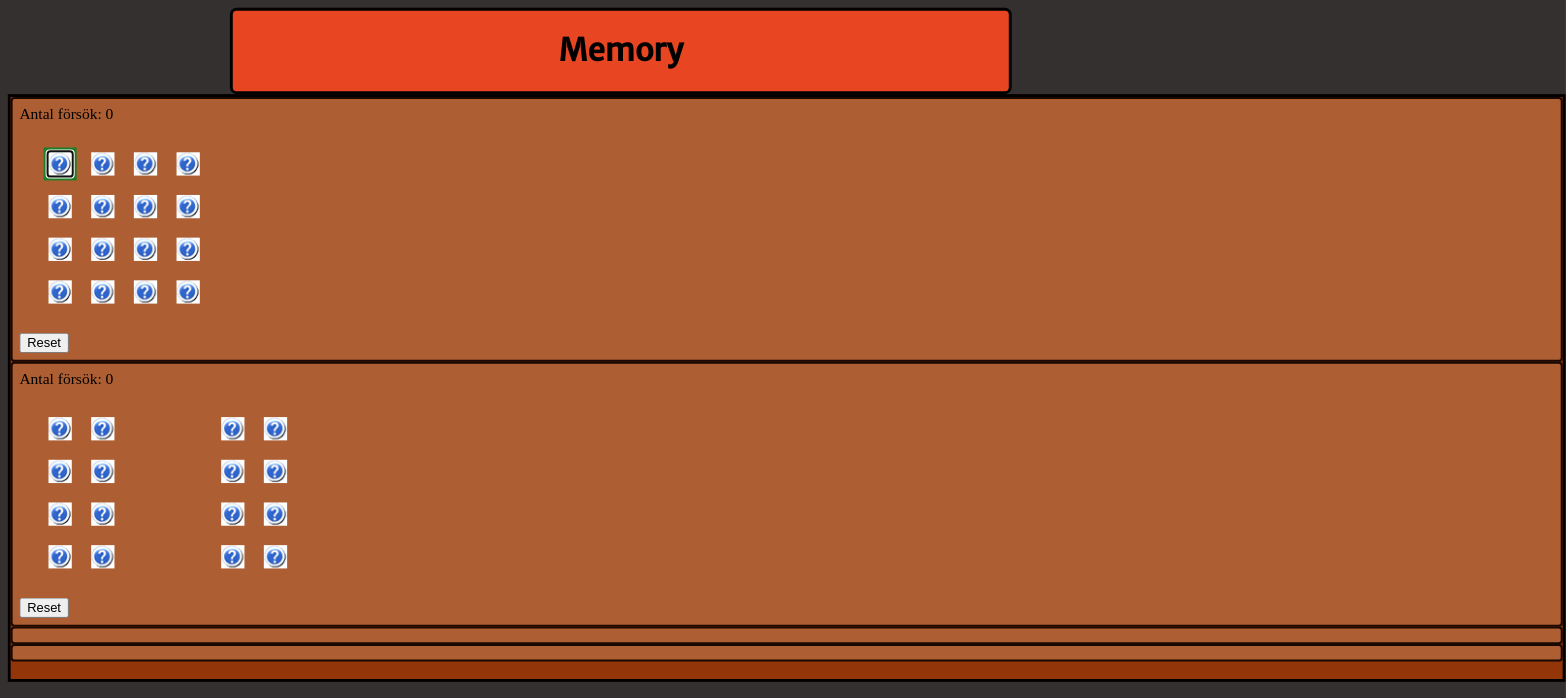
Repository: mi222eh/1dv403-laborationer
Page: 3-gameon/memory/index.html
The author's editor kept a record of every edit. The page is drawn from the files as they stood at one moment, then again after the next edit.
The browser window is 1280 px wide. The page is 1614 px wide, so the pictures cover 1614 px, including what lies to the right of the window. The pictures show the whole page, at 97% of full size.

Above is the page before.

### 3-gameon/memory/index.html
<!DOCTYPE html>
<html lang="sv">
    <head>
        <meta charset="utf-8" />
        <title>Memory</title>
        <link rel="stylesheet" href="css/basic.css" type="text/css" />
    </head>
    <body>
        <div id="head">
            <header>
                <h1>
                    Memory
                </h1>
            </header>
        </div>
        <div id="gamingBoard">

            <div id="game1" class="gaming"></div>
            <div id="game2" class="gaming"></div>
            <div id="game3" class="gaming"></div>
            <div id="game4" class="gaming"></div>
        </div>

        <script type="text/javascript" src="script/memory.js"></script>
        <script type="text/javascript" src="script/random.js"></script>
        <script type="text/javascript" src="script/script.js"></script>
        <script type="text/javascript" src="script/games.js"></script>
    </body>
</html>

### 3-gameon/memory/css/basic.css
@import url(https://fonts.googleapis.com/css?family=Merriweather+Sans);

body {
    background-color:#33302F;
}

#head {
    margin:0 auto;
    width:800px;
    background-color:#E84623;
    text-align:center;
    border:solid #000000 3px;
    border-radius:7px;
    font-family:"Merriweather Sans";
}


#gamingBoard{
    width:1600px;
    min-height:600px;
    background-color:#923508;
    margin:0 auto;
    border:solid 3px;
}

#gamingBoard > div{
    display:block;
    border: solid #190701 2px;
    border-radius:4px;
    padding:7px;
    background-color:#AD5E32;
}

.bricks{
    padding:20px;
}

.row{
    display:block;
}

.row > div{
    display:inline-block;
    padding:10px;

}

.row div > a{
    display:block;
    background-color:#FFFFFF;
    font-size:22px;
    width:24px;
    height:24px;
    text-decoration:none;
    color:#000000;
}
.row div a img {
    text-align:center;
}
.row div a:focus{
    box-shadow:0px 0px 0px 5px #207D27;
}

div.rightPadding{
    padding-top:10px;
    padding-bottom:10px;
    padding-left:10px;
    padding-right:100px;
}

.gaming ._tries {
    display:inline-block;
}

._win {
    color:#1E4A0B;
    font-size:24px;
}

### 3-gameon/memory/script/memory.js
"use strict"

function MemoryGame(row, col, gameID, gameLayoutID){

    //Variabler som kommer att användas
    var focusX = 0;                                             //Fixerar fokuset (X)
    var focusY = 0;                                             //Fixerar fokuset (Y)
    var THIS = this;
    var memory_Values = [];                                     //ska lagra 2 värden (brickorna)
    var numberOfSuccess = 0;                                    //lager för antalet succéer (kommer att avgöra när segerTexten kommer)
    var numberOfTries = 0;

    //<-----           Metoder till variablerna            ------>//
    this.setfocusX = function(i){focusX = i};
    this.setfocusY = function(i){focusY = i};

    this.addnumberOfTries = function(i){numberOfTries += i;};
    this.getnumberOfTries = function(){return numberOfTries};

    this.addnmberOfSuccess = function(i){numberOfSuccess += i};
    this.getnumberOfSuccess = function(){return numberOfSuccess};

    this.getgameLayoutID = function(){return gameLayoutID};
    this.getgameID = function(){return gameID};

    this.getRow = function(){return row};
    this.getCol = function(){return col};

    this.getPosition = function(i){return Position[i]};
    this.setPosition = function(ref){Position.push(ref)};
    this.getPositionArray = function(){return Position};

    this.setmemoryValue = function(ref){memory_Values.push(ref)};
    this.getmemoryValue = function(i){return memory_Values[i]};
    this.getWholememoryValue = function(){return memory_Values};
    this.clearmemoryValue = function(){memory_Values = []};

    this.resetValues = function(){
        if (_this.listenToClick) {
        numberOfSuccess = 0;
        numberOfTries = 0;
        memory_Values = [];
        Position = RandomGenerator.getPictureArray(this.getRow(), this.getCol());
        }
    };

    //<-------          Metoder för fokuset             ----->//
    this.handleDown = function(){
        if ((focusY + 1) < (row)) {
            focusY += 1;
        }
        this.focus();
    };
    this.handleUp = function(){
      if ((focusY - 1) >= 0) {
          focusY += -1;
      }
      this.focus();
    };
    this.handleLeft = function(){
        if ((focusX - 1) >= 0) {
            focusX += -1;
        }
        this.focus();
    };
    this.handleRight = function(){
        if ((focusX+1) < (col)) {
            focusX += 1;
        }
        this.focus();
    };
    this.focus = function(){
        var targetFocus = document.getElementById(gameID).getElementsByClassName('bricks')[0];
        var rowNumber = targetFocus.childNodes[focusY];
        var columnNumber = rowNumber.childNodes[focusX];
        columnNumber.childNodes[0].focus();
    };


    //                  Array för slumpade siffror
    var Position = RandomGenerator.getPictureArray(this.getRow(), this.getCol());

    //              Område för spelplanen@
    this.area = document.getElementById(gameID);

    this.listenToClick = true;


}
    ////<-------          (Test) Metod för att återställa spelplanen   ------>//
    MemoryGame.prototype.reset = function(_this){
        _this.area.innerHTML = "";
        _this.resetValues();
        _this.generateGame();

    };
    //<-------          Metod för att generera spelplanen   ------>//
    MemoryGame.prototype.generateGame = function(){
        var _this = this;

        //<--bara för test-->//
        var resetButton = document.createElement('button');
        var resetText = document.createTextNode("Reset");
        resetButton.appendChild(resetText);
        resetButton.setAttribute("type", "button");
        resetButton.addEventListener("click", function(){
            _this.reset(_this)
        });


        //<--slut på test-->//

        //Generar allt gemensamt här...
        var gameInfoDiv = document.createElement('div');
        var textNode = document.createTextNode('Antal försök: ');
        var divtext = document.createElement('div');
        var divWin = document.createElement('div');
        var divNumber = document.createElement('div');

        divNumber.classList.add('_tries');
        divWin.classList.add('_win');

        divtext.appendChild(textNode);
        divtext.appendChild(divNumber);
        gameInfoDiv.appendChild(divtext);
        gameInfoDiv.appendChild(divWin);
        this.area.appendChild(gameInfoDiv);

        //Beorende på ID, skapa layout
        if (this.getgameLayoutID() === 0) {

            this.area.appendChild(this.layout0());
        }
        else if (this.getgameLayoutID() === 1) {

            this.area.appendChild(this.layout1());
        }
        this.updateNumbers();
        this.area.appendChild(resetButton);
    };

    // <------- För ID 0-------->//
    MemoryGame.prototype.layout0 = function(){
        var i,m, img, coldiv, rowdiv, a;
        var _this = this;

        var picture = 0;

        var masterdiv = document.createElement('div');
        masterdiv.classList.add('bricks');

        for (i = 0; i < this.getRow(); i+=1) {

            rowdiv = document.createElement('row');
            rowdiv.classList.add('row');
            for (m = 0; m < Math.floor((this.getCol()/2)); m+=1) {

                coldiv = document.createElement('div');
                img = document.createElement('img');
                a = document.createElement('a');

                //konfigurationer
                img.setAttribute("alt", "?");
                img.setAttribute("height", "24px");
                img.setAttribute("width", "24px");
                img.setAttribute("src", "pics/0.png");
                img.classList.add("brick_" + picture);

                a.setAttribute("href", "#");
                a.addEventListener("click", function(event) {
                    _this.clickAction(event, _this);
                 });
                        a.addEventListener("keypress", function(event) {
                        _this.navigation(event, _this);
                 });

                //sätta dit
                a.appendChild(img);
                coldiv.appendChild(a);

                rowdiv.appendChild(coldiv);
                picture += 1;
                if (m === (Math.floor((this.getCol()/2)-1))) {
                    coldiv.classList.add('rightPadding');
                }

            }

            for (m = Math.floor((this.getCol()/2)); m < this.getCol() ; m+=1) {
                coldiv = document.createElement('div');
                img = document.createElement('img');
                a = document.createElement('a');

                //konfigurationer
                img.setAttribute("alt", "?");
                img.setAttribute("height", "24px");
                img.setAttribute("width", "24px");
                img.setAttribute("src", "pics/0.png");
                img.classList.add("brick_" + picture);

                a.setAttribute("href", "#");
                a.addEventListener("click", function(event) {
                    _this.clickAction(event, _this);
                 });
                        a.addEventListener("keypress", function(event) {
                        _this.navigation(event, _this);
                 });

                //sätta dit
                a.appendChild(img);
                coldiv.appendChild(a);

                rowdiv.appendChild(coldiv);
                picture += 1;
                if (m === Math.floor((this.getCol()/2))) {
                    coldiv.classList.add('leftPadding');
                }
            }
            masterdiv.appendChild(rowdiv);
        }
        _this.listenToClick = true;
        return masterdiv;
    };

    // <------- För ID 1-------->//
    MemoryGame.prototype.layout1 = function(){
        var _this = this;

        //Variabel för att hålla koll på antalet bilder...
        var picture = 0;

        //En div som håller alla brickor
        var masterdiv = document.createElement('div');
        masterdiv.classList.add('bricks');

        //<------- Generar rad och kolumn beroende av parametrarna ------>//
        for (var i = 0; i < this.getRow(); i+=1) {

            var rowdiv = document.createElement('div');
            rowdiv.classList.add('row');                    //klass skapas för stilmallen

            for (var m = 0; m < this.getCol(); m+=1) {

                //taggar
                var coldiv = document.createElement('div');
                var img = document.createElement('img');
                var a = document.createElement('a');

                //konfigurationer
                img.setAttribute("alt", "?");
                img.setAttribute("height", "24px");
                img.setAttribute("width", "24px");
                img.setAttribute("src", "pics/0.png");
                img.classList.add("brick_" + picture);

                a.setAttribute("href", "#");
                a.addEventListener("click", function (event) {
                    _this.clickAction(event, _this);
                });
                a.addEventListener("keypress",function (event) {
                    _this.navigation(event, _this);
                });


                //sätta dit
                a.appendChild(img);
                coldiv.appendChild(a);

                rowdiv.appendChild(coldiv);
                picture += 1;
            }
            masterdiv.appendChild(rowdiv);
        }

        return masterdiv;           //returnera mäster-diven
    };

    //<------- Metod för navigation ------->//
    MemoryGame.prototype.navigation = function(event, _this){
        var code = event.keyCode;

        switch (code) {
            case 38:
                _this.handleUp();
                event.preventDefault();
                break;

            case 37:
                _this.handleLeft();
                event.preventDefault();
                break;

            case 39:
                _this.handleRight();
                event.preventDefault();
                break;

            case 40:
                _this.handleDown();
                event.preventDefault();
                break;

            default:
        }
    }

    //<--------------   Metod för klickhändelser (då en bricka ska vändas) -------->//
    MemoryGame.prototype.clickAction = function(event, _this){

            if (_this.listenToClick) {

                    event.preventDefault();

                    var a = event.currentTarget;

                    var aClone = a.cloneNode(true);

                    //Ersätt a med klonad a (för att ta bort listeners)
                    a.parentNode.replaceChild(aClone, a);

                    var image = aClone.childNodes[0];
                    var index = image.getAttribute('class').slice(6);




                    //Nya attribut på bilden sätts
                    image.setAttribute("alt", _this.getPosition(index));
                    image.setAttribute("src", "pics/" + _this.getPosition(index) + ".png");



                    //Hoppsan, "keypress" gick också bort
                    aClone.addEventListener("keypress", function (event) {
                        _this.navigation(event, _this);
                    });


                    _this.checkValues(aClone.childNodes[0]);
                    _this.setXAndYFocus(aClone);
            }






    };

    //<------------------- Kontroll av värden (och lagrande) ---------->//
    MemoryGame.prototype.checkValues = function(targetValue){

        var _this = this;

        //Sätt in referensen till image-taggen i arrayen
        _this.setmemoryValue(targetValue);
        console.log(_this.getWholememoryValue());

        //Kolla arrayens storlek (förutsätter att den blir högst två, men man vet aldrig)
        if (_this.getWholememoryValue().length >= 2) {


            if(_this.validateValues()){

                _this.addnmberOfSuccess(2);
                _this.clearmemoryValue();
            }

            else{
                _this.listenToClick = false;
                setTimeout(_this.flipBack, 1000, _this);

            }
            _this.addnumberOfTries(1);
            _this.updateNumbers();

        }
    };

    //<----------------  Jämför värden i arrayen ------------->//
    MemoryGame.prototype.validateValues = function(){

        //hämta ut till en lokal variabel
        var img1 = this.getmemoryValue(0);
        var img2 = this.getmemoryValue(1);

        var pos1 = img1.getAttribute('class').slice(6);
        var pos2 = img2.getAttribute('class').slice(6);

        if (this.getPosition(pos1) === this.getPosition(pos2)) {
          return true;
        }

        else{
            return false;
        }
    };

    //<------------------ Ansvara för att vända tillbaka brickorna ------------>//
    MemoryGame.prototype.flipBack = function(_this){

        console.log(_this);
        //sätt attribut och alt...
        _this.getmemoryValue(0).setAttribute("src", "pics/0.png");
        _this.getmemoryValue(0).setAttribute("alt", "?");

        _this.getmemoryValue(1).setAttribute("src", "pics/0.png");
        _this.getmemoryValue(1).setAttribute("alt", "?");

        //Lägg till listeners igen
        _this.getmemoryValue(0).parentNode.addEventListener("click", function (event) {
                    _this.clickAction(event, _this);
                 });
        _this.getmemoryValue(1).parentNode.addEventListener("click", function (event) {
                    _this.clickAction(event, _this);
                 });

        _this.clearmemoryValue();
        setTimeout(function() {_this.listenToClick = true;}, 100);

    };

    //<------------------ Uppdaterar numret ------------>//
    MemoryGame.prototype.updateNumbers = function(){
        var placeToWriteNumber = document.getElementById(this.getgameID()).getElementsByClassName('_tries')[0];
        placeToWriteNumber.innerHTML = this.getnumberOfTries();

        if (this.getnumberOfSuccess() === this.getPositionArray().length) {
            var winplace = document.getElementById(this.getgameID()).getElementsByClassName('_win')[0];
            winplace.innerHTML = "Memory: avklarat";
        }
    };

    //<------------------ X och Y focus (tillagd för att inte göra konflikt med onClick eventet) ------------>//
    MemoryGame.prototype.setXAndYFocus = function(focusingTarget){
        var x = 0, y = 0, tmpTarget;

        focusingTarget = focusingTarget.parentNode;

        tmpTarget = focusingTarget;

        while ((focusingTarget = focusingTarget.previousSibling) != null){
            x += 1;
        }
        var YNode = tmpTarget.parentNode;

        while ((YNode = YNode.previousSibling) != null){
            y += 1;
        }

        this.setfocusX(x);
        this.setfocusY(y);
        this.focus();
    };

### 3-gameon/memory/script/random.js
var RandomGenerator = {

	/*
		Denna metod tar antalet rader och columner som inparameter.

		Metoden returnerar en array innehållandes utslumpade tal mellan 1 och (rows*cols)/2. Varje tal representeras två
		gånger och motsvarar således en spelbricka.

		I en 4*4 matris kan Arrayen t.ex. se ut så här:
		[1,2,6,8,6,2,5,3,1,3,7,5,8,4,4,7]

		I en 2*4 matris kan Arrayen t.ex. se ut så här:
		[3,4,4,1,2,1,2,3]
	*/

	getPictureArray: function(rows, cols)
	{
		var numberOfImages = rows*cols;
		var maxImageNumber = numberOfImages/2;

	   	var imgPlace = [];

	   //Utplacering av bilder i Array
	   for(var i=0; i<numberOfImages; i++)
		  imgPlace[i] = 0;

		for(var currentImageNumber=1; currentImageNumber<=maxImageNumber; currentImageNumber++)
		{
			var imageOneOK = false;
			var imageTwoOK = false;

			do
			{
				if(imageOneOK == false)
				{
					var randomOne = Math.floor( (Math.random() * (rows*cols-0) + 0) );

					if( imgPlace[randomOne] == 0 )
					{
						imgPlace[randomOne] = currentImageNumber;
						imageOneOK = true;
					}
				}

				if(imageTwoOK == false)
				{
					var randomTwo = Math.floor( (Math.random() * (rows*cols-0) + 0) );

					if( imgPlace[randomTwo] == 0 )
					{
						imgPlace[randomTwo] = currentImageNumber;
						imageTwoOK = true;
					}
				}
			}
			while(imageOneOK == false || imageTwoOK == false);
		}

		return imgPlace;
	}
}

### 3-gameon/memory/script/script.js
"use strict"

window.onload = function(){
    myGames.init();
};

document.onkeydown = function(e){
    var code = e.keyCode;

    console.log(code);

    switch (code) {
        case 38:
            handleUp();
            e.preventDefault();
            break;

        case 37:
            handleLeft();
            e.preventDefault();
            break;

        case 39:
            handleRight();
            e.preventDefault();
            break;

        case 40:
            handleDown();
            e.preventDefault();
            break;

        default:
            // code
    }

};

### 3-gameon/memory/script/games.js
"use strict"

var myGames = {
    init: function(){
        var game1 = new MemoryGame(4, 4, "game1", 1);
        var game2 = new MemoryGame(4, 4, "game2", 0);
        game1.generateGame();
        game2.generateGame();


        game1.focus();
    }
};

After the next edit:
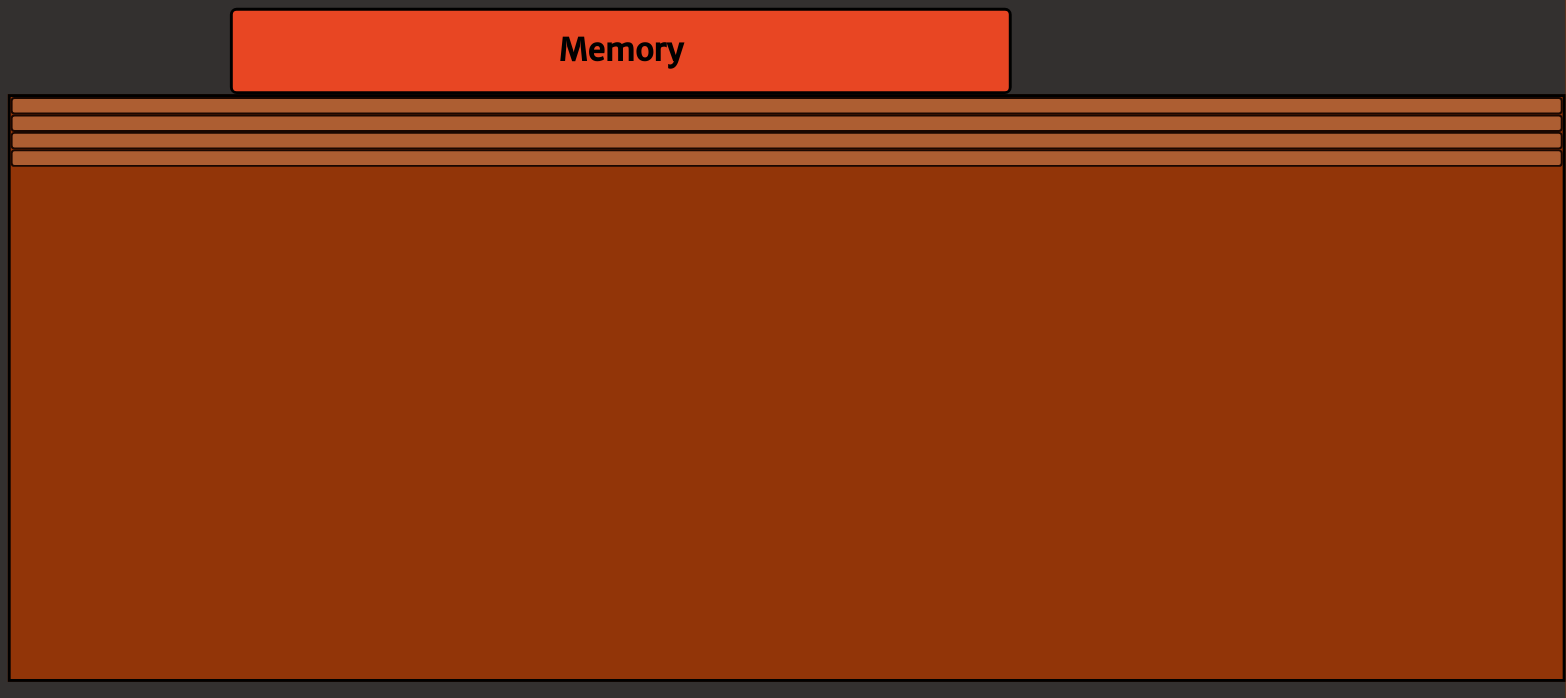
Console error: SyntaxError: Invalid or unexpected token
The edit:
--- a/3-gameon/memory/script/memory.js
+++ b/3-gameon/memory/script/memory.js
@@ -35,8 +35,9 @@
     this.getWholememoryValue = function(){return memory_Values};
     this.clearmemoryValue = function(){memory_Values = []};
 
+    /*
     this.resetValues = function(){
-        if (_this.listenToClick) {
+        if (this.listenToClick) {
         numberOfSuccess = 0;
         numberOfTries = 0;
         memory_Values = [];

After the edit that followed:
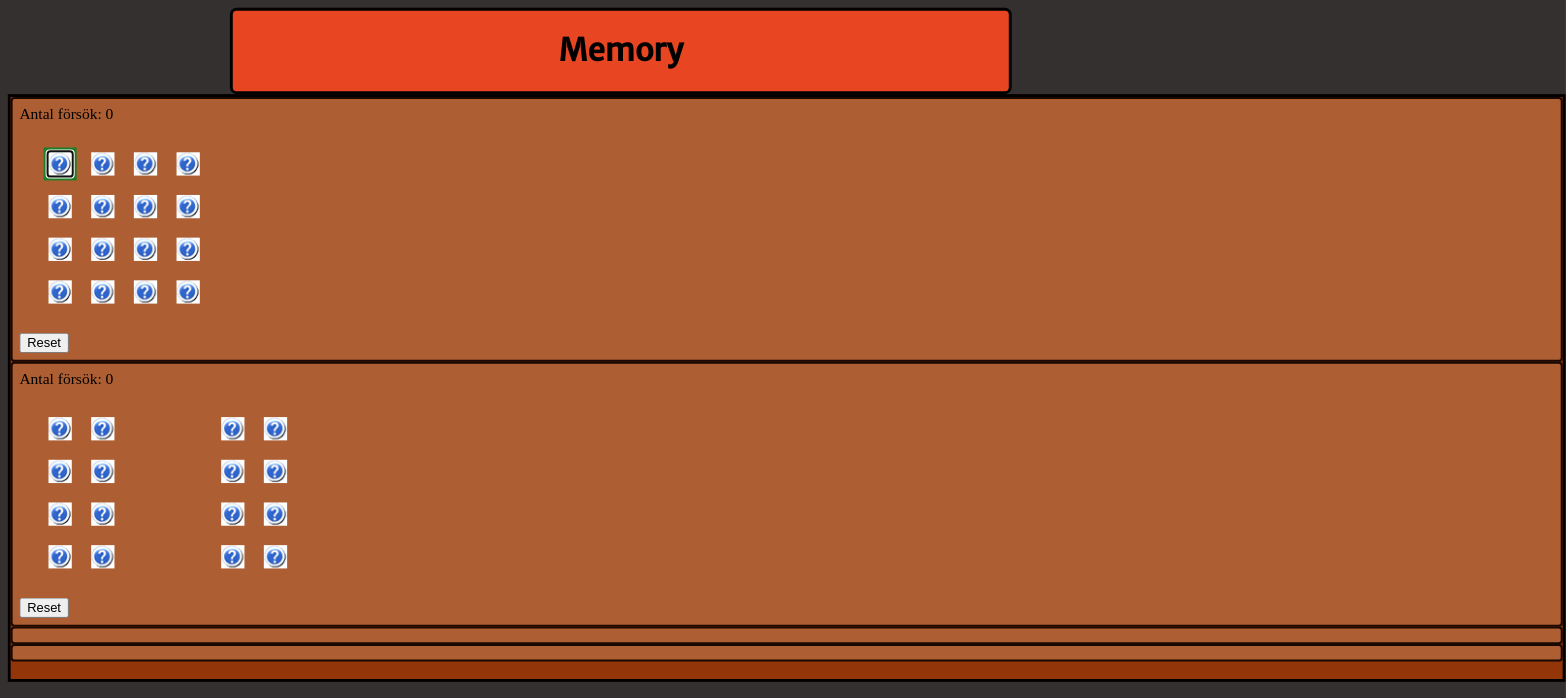
The error is gone.
The edit:
--- a/3-gameon/memory/script/memory.js
+++ b/3-gameon/memory/script/memory.js
@@ -44,6 +44,7 @@
         Position = RandomGenerator.getPictureArray(this.getRow(), this.getCol());
         }
     };
+    */
 
     //<-------          Metoder för fokuset             ----->//
     this.handleDown = function(){
